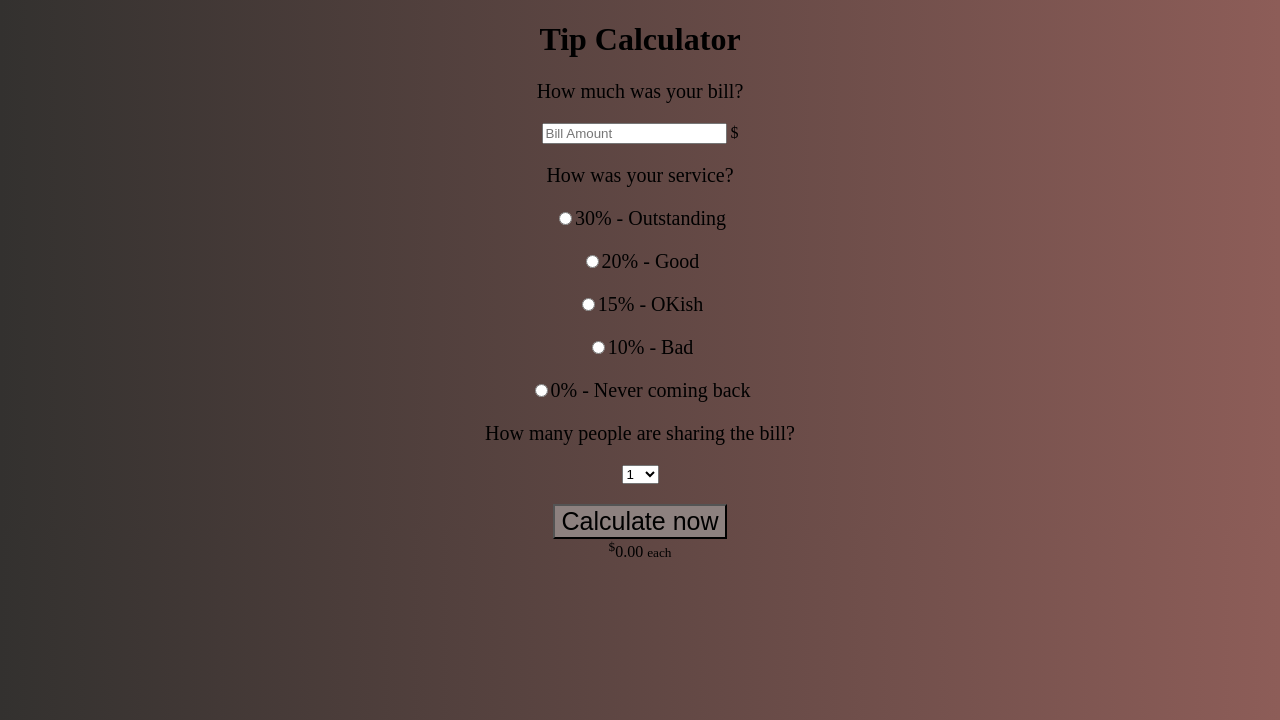
Repository: NiutaR/tip-calculator
Page: index.html
The author's editor kept a copy of each file at every save. The page is drawn from the files as they stood at one save, then again after the next save.
The browser window is 1280 px wide. The pictures show the whole page.

Above is the page before, as saved 2021-07-27 13:56:43.

### index.html
<!DOCTYPE html>
<html lang="en">

<head>
    <meta charset="UTF-8">
    <meta http-equiv="X-UA-Compatible" content="IE=edge">
    <meta name="viewport" content="width=device-width, initial-scale=1.0">
    <link rel="stylesheet" href="style.css">
    <title>Tip Calculator</title>
</head>

<body>
    <div id="container">
        <h1>Tip Calculator</h1>

        <div id="calculator">
            <form>
                <p>How much was your bill?</p>
                <input id="amount" type="text" placeholder="Bill Amount"> $
                <p>How was your service?</p>

                <p><input type="radio" value="0.3">30&#37 - Outstanding</p>
                <p><input  type="radio" value="0.2">20&#37 - Good</p>
                <p><input  type="radio" value="0.15">15&#37 - OKish</p>
                <p><input  type="radio" value="0.1">10&#37 - Bad</p>
                <p><input  type="radio" value="0.05">0&#37 - Never coming back</p>
                <p>How many people are sharing the bill?</p>
                <select id="person">
                    <option  value="1">1</option>
                    <option  value="2">2</option>
                    <option value="3">3</option>
                    <option  value="4">4</option>
                    <option  value="5">5</option>
                    <option  value="6">6</option>
                    <option value="7">7</option>
                    <option  value="8">8</option>
                    <option  value="9">9</option>
                    <option  value="10">10</option>
                </select>
                <br>
                <button id="btn">Calculate now</button>
            </form>
        </div>
        <div id="totalTip">
            <sup>$</sup><span id="tip">0.00</span>
            <small id="each">each</small>
        </div>
    </div>
    <script src="index.js"></script>
</body>

</html>

### style.css
body {
    background: coral;
    background: -webkit-linear-gradient(to left, #8d817f, #cecac5);
    /* Chrome 10-25, Safari 5.1-6 */
    background: linear-gradient(to left, #8d5d58, #33312f);
}
#container {
    width: 500px;
    height: 500px;
    text-align: center;
    margin: 0 auto;
}
p {
    font-size: 20px;
}
button {
    font-size: 25px;
    margin-top: 20px;
    background-color: #8d817f;
    box-sizing: border-box;


}
button:before {
    content:'';
    position: absolute;
    top: 0;
    left: 0;
    width: 0;
    height: 42px;
    background: rgba(59, 21, 21, 0.3);
    border-radius: 5px;
    transition: all 2s ease;
}
button:hover:before {
	width: 100%;
}

### index.js
/*Your project should have a button Calculate that will return the Tip value for each person based on next calculation:
(TotalBillAmount * ServiceLevel)/NumberOfPersons  */

After the next save:
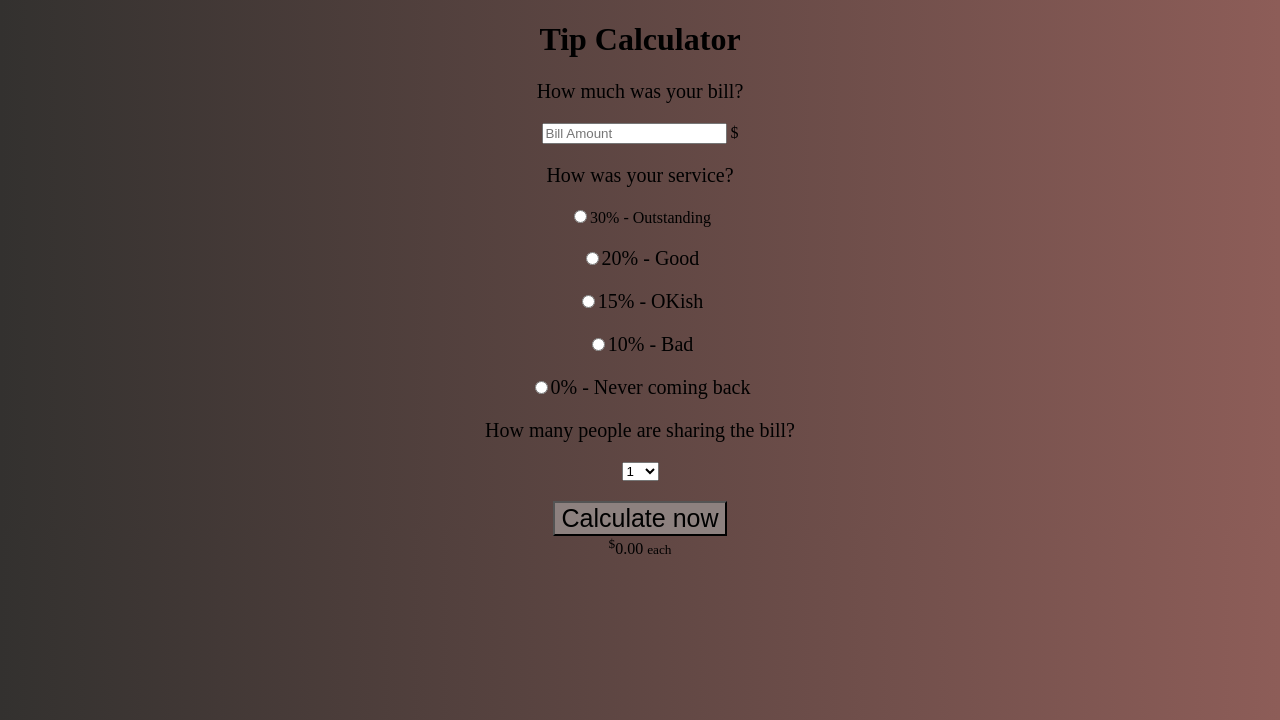
Saved 6 s later.
--- a/index.html
+++ b/index.html
@@ -18,7 +18,7 @@
                 <p>How much was your bill?</p>
                 <input id="amount" type="text" placeholder="Bill Amount"> $
                 <p>How was your service?</p>
-
+                <div id=""
                 <p><input type="radio" value="0.3">30&#37 - Outstanding</p>
                 <p><input  type="radio" value="0.2">20&#37 - Good</p>
                 <p><input  type="radio" value="0.15">15&#37 - OKish</p>

After the 5 saves that followed:
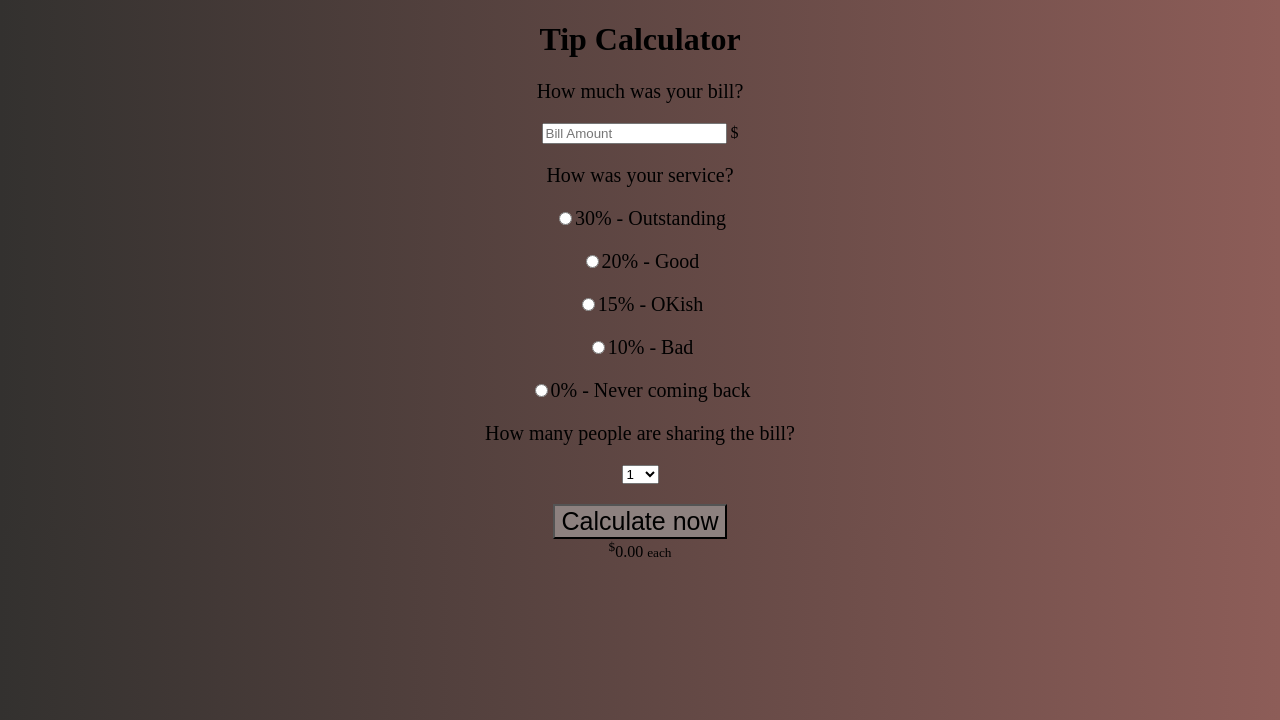
The 5 saves are shown as one change because 1 left the picture as it was and some came seconds apart.
The last was saved 24 s later.
--- a/index.html
+++ b/index.html
@@ -18,12 +18,13 @@
                 <p>How much was your bill?</p>
                 <input id="amount" type="text" placeholder="Bill Amount"> $
                 <p>How was your service?</p>
-                <div id=""
+                <div id="radiobtn"></div>
                 <p><input type="radio" value="0.3">30&#37 - Outstanding</p>
                 <p><input  type="radio" value="0.2">20&#37 - Good</p>
                 <p><input  type="radio" value="0.15">15&#37 - OKish</p>
                 <p><input  type="radio" value="0.1">10&#37 - Bad</p>
                 <p><input  type="radio" value="0.05">0&#37 - Never coming back</p>
+
                 <p>How many people are sharing the bill?</p>
                 <select id="person">
                     <option  value="1">1</option>
